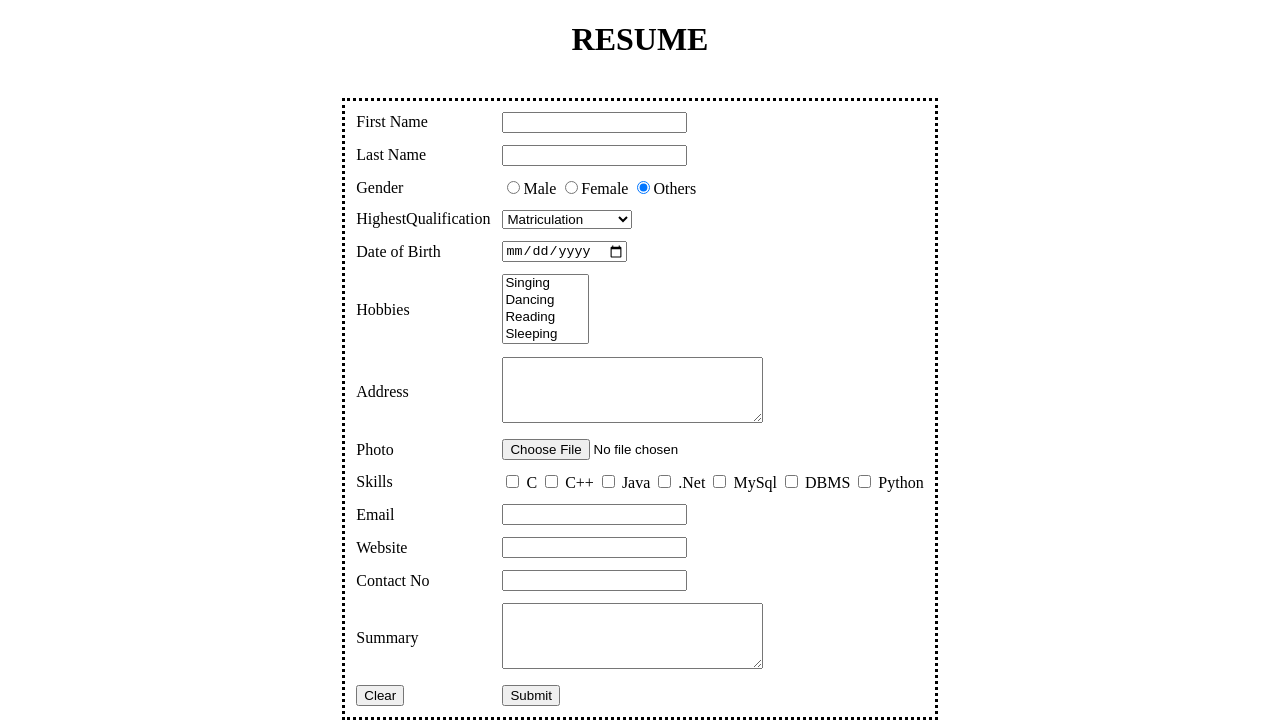
Repository: Rccalfa123/JEE
Page: MyFirstServlet/WebContent/Resume.html
An editor plug-in stored every save of this project. The page is shown before and after the next save, followed by the edit.
The browser window is 1280 px wide. The pictures show the whole page.

Above is the page before, as saved 2018-08-07 13:52:17.

### MyFirstServlet/WebContent/Resume.html
<!DOCTYPE html>
<html>
<head>
<style type="text/css">
table{
        border-color: black;
        border: dotted;


}
</style>

<meta charset="ISO-8859-1">
<title>Resume</title>
</head>
<body>
   <form action="MyServlet" method="get">
   <h1 align="center"> RESUME </h1><br>
  <table align="center" cellspacing="10">
   <tr><td>First Name </td><td><input type="text" name="fname"></td></tr>

   <tr><td>Last Name</td> <td> <input type="text" name="lname"></td></tr>

   <tr><td>Gender</td> <td><input type="radio" name = "gender" value="male" checked="checked">Male
   		  <input type="radio" name = "gender" value="female" checked="checked">Female
   		  <input type="radio" name = "gender" value="others" checked="checked">Others</td></tr>

   <tr><td>HighestQualification</td> <td><select name = "qualification">
            <option value="matriculation">Matriculation</option>
            <option value="intermediate">Intermediate</option>
            <option value="bachaolor_degree">Bachaelor Degree</option>
            <option value="masters">Masters</option>
   			</select></td></tr>

   <tr><td>Date of Birth</td><td> <input type="date" name="dob"></td></tr>

   <tr><td>Hobbies</td> <td><select multiple  name = "hobbies">
            <option value="singing">Singing</option>
            <option value="dancing">Dancing</option>
            <option value="reading">Reading</option>
            <option value="sleeping">Sleeping</option>
            <option value="eating">Eating</option>
            <option value="video_games">Video Games</option>
   			</select></td></tr>

   <tr><td>Address</td><td> <textarea name="address"   rows="4" cols="30"></textarea></td></tr>

   <tr><td>Photo</td><td><input type="file"  name="photo"></td></tr>


   <tr><td>Skills </td>   <td><input type="checkbox" name="skills" value="c"> C
   			 <input type="checkbox" name="skills" value="c++"> C++
   			 <input type="checkbox" name="skills" value="java"> Java
  			 <input type="checkbox" name="skills" value=".net"> .Net
  			 <input type="checkbox" name="skills" value="mysql"> MySql
   			 <input type="checkbox" name="skills" value="dbms"> DBMS
   			 <input type="checkbox" name="skills" value="python"> Python</td></tr>

  <tr><td>Email</td> <td>   <input type="email"  name="email"> </td></tr>

  <tr><td>Website</td> <td> <input type="url" name="website"></td></tr>

  <tr><td>Contact No</td> <td><input type="text" name="contact_no"> </td></tr>

  <tr><td>Summary </td><td> <textarea name="summary"   rows="4" cols="30"></textarea></td></tr>

  <tr> <td><input type="reset" value="Clear"></td><td> <input type="submit" value="Submit"> </td></tr>
  </table>
 </form>


</body>
</html>

After the next save:
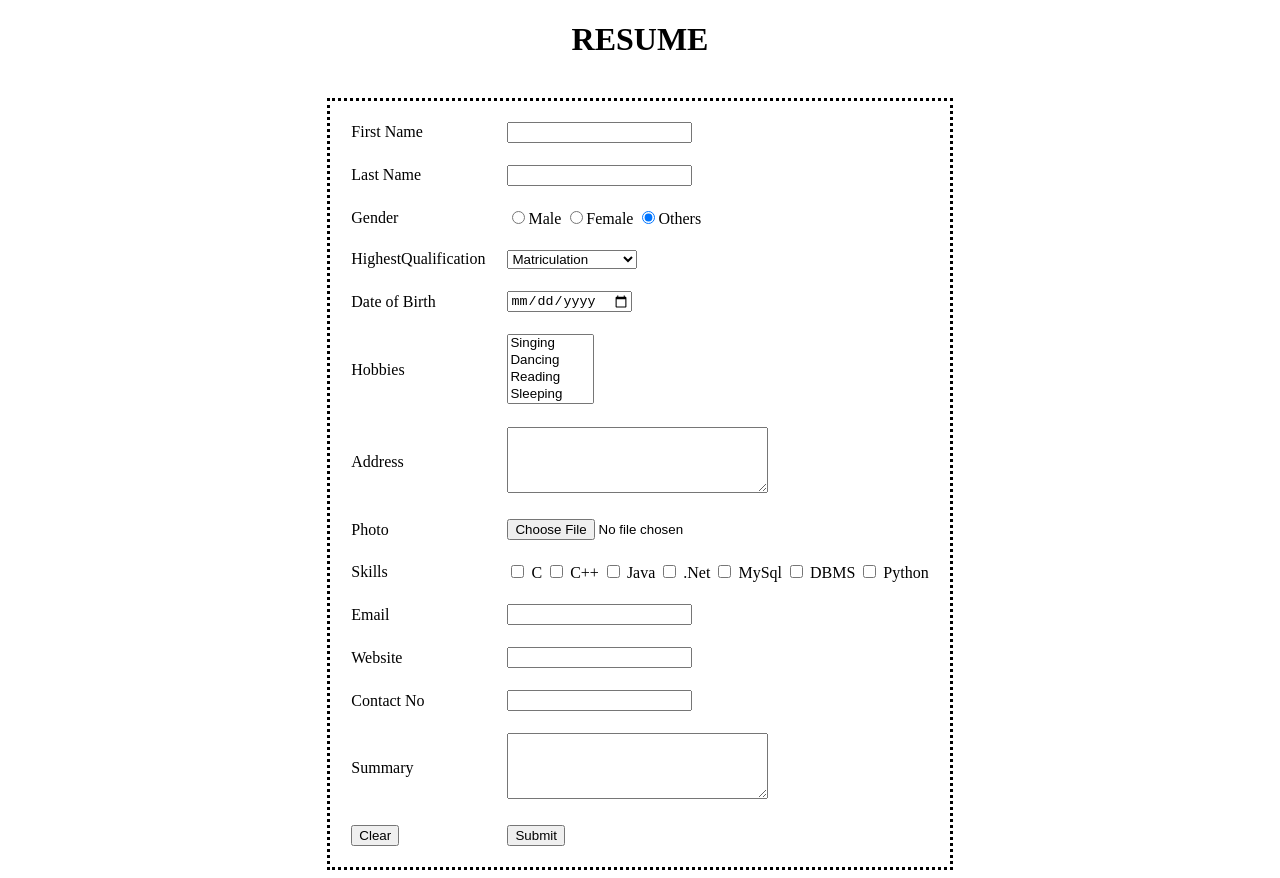
Saved 32 s later.
--- a/MyFirstServlet/WebContent/Resume.html
+++ b/MyFirstServlet/WebContent/Resume.html
@@ -16,7 +16,7 @@ table{
 <body>
    <form action="MyServlet" method="get">
    <h1 align="center"> RESUME </h1><br>
-  <table align="center" cellspacing="10">
+  <table align="center" cellspacing="20">
    <tr><td>First Name </td><td><input type="text" name="fname"></td></tr>
 
    <tr><td>Last Name</td> <td> <input type="text" name="lname"></td></tr>
